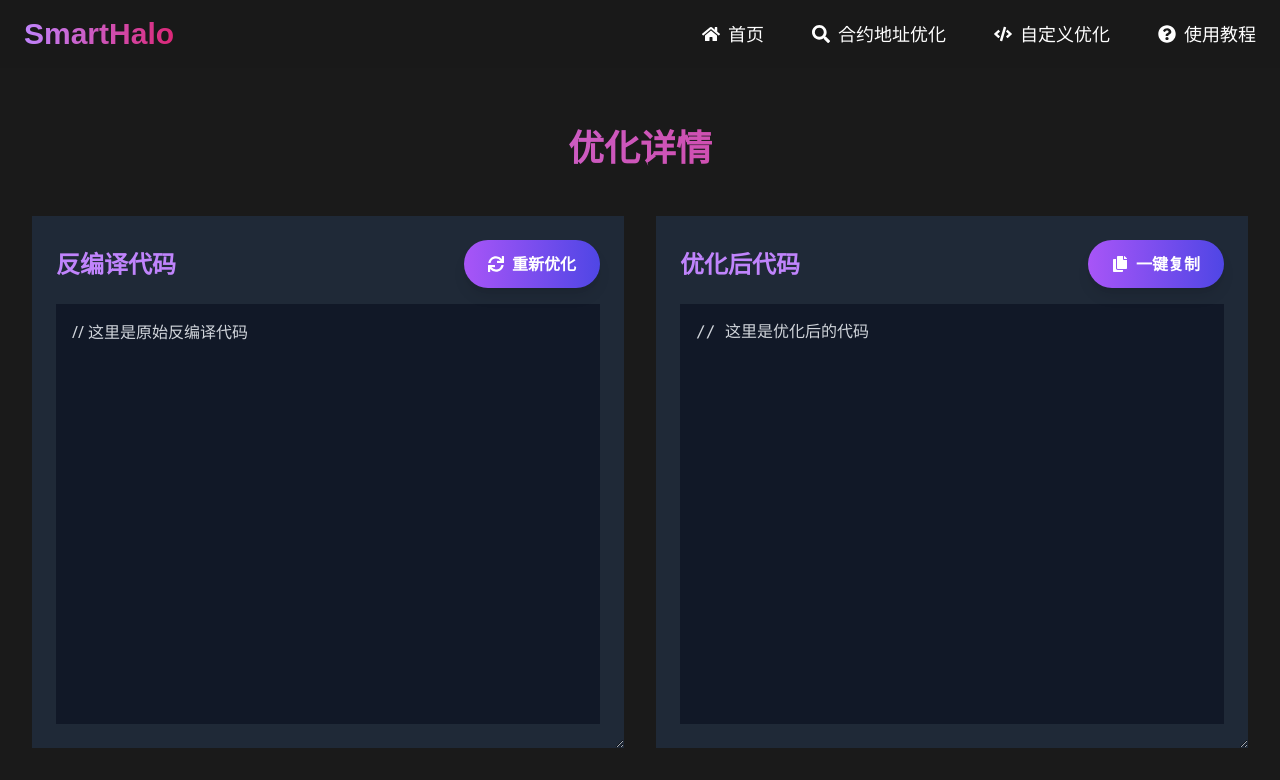
Repository: RunnerQuan/smart-halo
Page: /optimization-details
These files come from the project's save history. The page is drawn as it stood at one moment and after the next save; the edit follows.
The browser window is 1280 px wide. The pictures show the whole page.
The project was rebuilt for these pictures with package versions that can differ from the ones it lists, and the page was loaded fresh each time. The framework's server and built-in components were replaced by stand-ins that run in the browser. Also part of the build but not shown: next.config.mjs.

Above is the page before, as saved 2024-10-18 15:03:45.

### app/optimization-details/page.tsx
"use client";

import { useState, useEffect, useRef } from 'react';
import { motion } from 'framer-motion';
import AnimatedButton from '../../components/ui/animated-button';
import Navbar from '../../components/Navbar';
import { FaCopy, FaSync } from 'react-icons/fa';

export default function OptimizationDetails() {
  const [isCopied, setIsCopied] = useState(false);
  const [originalCode, setOriginalCode] = useState('// 这里是原始反编译代码');
  const [optimizedCode, setOptimizedCode] = useState('// 这里是优化后的代码');
  const leftRef = useRef(null);
  const rightRef = useRef(null);

  useEffect(() => {
    const handleResize = () => {
      if (leftRef.current && rightRef.current) {
        rightRef.current.style.height = leftRef.current.style.height;
      }
    };

    window.addEventListener('resize', handleResize);
    handleResize();

    return () => {
      window.removeEventListener('resize', handleResize);
    };
  }, []);

  const handleCopy = () => {
    navigator.clipboard.writeText(optimizedCode);
    setIsCopied(true);
    setTimeout(() => setIsCopied(false), 2000);
  };

  const handleReoptimize = () => {
    // 这里应该是重新优化的逻辑
    console.log("重新优化");
  };

  return (
    <main className="flex min-h-screen flex-col items-center justify-start p-8 bg-[#1A1A1A] text-white font-sans">
      <Navbar />
      <div className="mt-24 w-full max-w-7xl mx-auto">
        <motion.h1
          className="text-4xl font-bold mb-12 text-center text-transparent bg-clip-text bg-gradient-to-r from-purple-400 to-pink-600"
          initial={{ opacity: 0, y: -50 }}
          animate={{ opacity: 1, y: 0 }}
          transition={{ duration: 0.5 }}
        >
          优化详情
        </motion.h1>

        <div className="w-full flex flex-col md:flex-row space-y-8 md:space-y-0 md:space-x-8">
          <motion.div
            ref={leftRef}
            className="flex-1 bg-gray-800 rounded-lg p-6 relative flex flex-col resize overflow-auto"
            initial={{ opacity: 0, x: -50 }}
            animate={{ opacity: 1, x: 0 }}
            transition={{ duration: 0.5, delay: 0.2 }}
          >
            <div className="flex justify-between items-center mb-4">
              <h2 className="text-2xl font-semibold text-purple-400">反编译代码</h2>
              <AnimatedButton onClick={handleReoptimize} className="flex items-center">
                <FaSync className="mr-2" />
                重新优化
              </AnimatedButton>
            </div>
            <textarea
              className="w-full h-[calc(100vh-300px)] bg-gray-900 text-gray-300 p-4 rounded-lg focus:outline-none focus:ring-2 focus:ring-purple-500 resize-none"
              value={originalCode}
              onChange={(e) => setOriginalCode(e.target.value)}
            ></textarea>
          </motion.div>

          <motion.div
            ref={rightRef}
            className="flex-1 bg-gray-800 rounded-lg p-6 relative flex flex-col resize overflow-auto"
            initial={{ opacity: 0, x: 50 }}
            animate={{ opacity: 1, x: 0 }}
            transition={{ duration: 0.5, delay: 0.4 }}
          >
            <div className="flex justify-between items-center mb-4">
              <h2 className="text-2xl font-semibold text-purple-400">优化后代码</h2>
              <AnimatedButton onClick={handleCopy} className="flex items-center">
                <FaCopy className="mr-2" />
                一键复制
              </AnimatedButton>
            </div>
            <pre className="w-full h-[calc(100vh-300px)] bg-gray-900 text-gray-300 p-4 rounded-lg overflow-auto resize-none">
              {optimizedCode}
            </pre>
          </motion.div>
        </div>

        {isCopied && (
          <motion.div
            className="fixed bottom-8 right-8 bg-green-500 text-white px-4 py-2 rounded-lg shadow-lg"
            initial={{ opacity: 0, y: 50 }}
            animate={{ opacity: 1, y: 0 }}
            exit={{ opacity: 0, y: 50 }}
          >
            优化后代码已复制到剪贴板
          </motion.div>
        )}
      </div>
    </main>
  );
}

### app/globals.css
@import url('https://fonts.googleapis.com/css2?family=Roboto:wght@300;400;500;700&display=swap');

@tailwind base;
@tailwind components;
@tailwind utilities;

:root {
  --foreground-rgb: 255, 255, 255;
  --background-start-rgb: 42, 42, 42;
  --background-end-rgb: 42, 42, 42;
}

body {
  color: rgb(var(--foreground-rgb));
  background: linear-gradient(
      to bottom,
      transparent,
      rgb(var(--background-end-rgb))
    )
    rgb(var(--background-start-rgb));
  font-family: 'Roboto', sans-serif;
}

### components/ui/animated-button.tsx
import React from 'react';

interface AnimatedButtonProps extends React.ButtonHTMLAttributes<HTMLButtonElement> {
  children: React.ReactNode;
}

const AnimatedButton: React.FC<AnimatedButtonProps> = ({ children, className, ...props }) => {
  return (
    <button
      className={`
        px-6 py-3 rounded-full text-white font-semibold
        bg-gradient-to-r from-purple-500 to-indigo-600
        hover:from-purple-600 hover:to-indigo-700
        transform hover:scale-105 transition duration-300 ease-in-out
        focus:outline-none focus:ring-2 focus:ring-purple-500 focus:ring-opacity-50
        shadow-lg hover:shadow-xl
        ${className}
      `}
      {...props}
    >
      {children}
    </button>
  );
};

export default AnimatedButton;

Loaded but not shown: app/layout.tsx (common file); tailwind.config.js (83 lines, source omitted); components/Navbar.tsx (33 lines, source omitted)

After the next save:
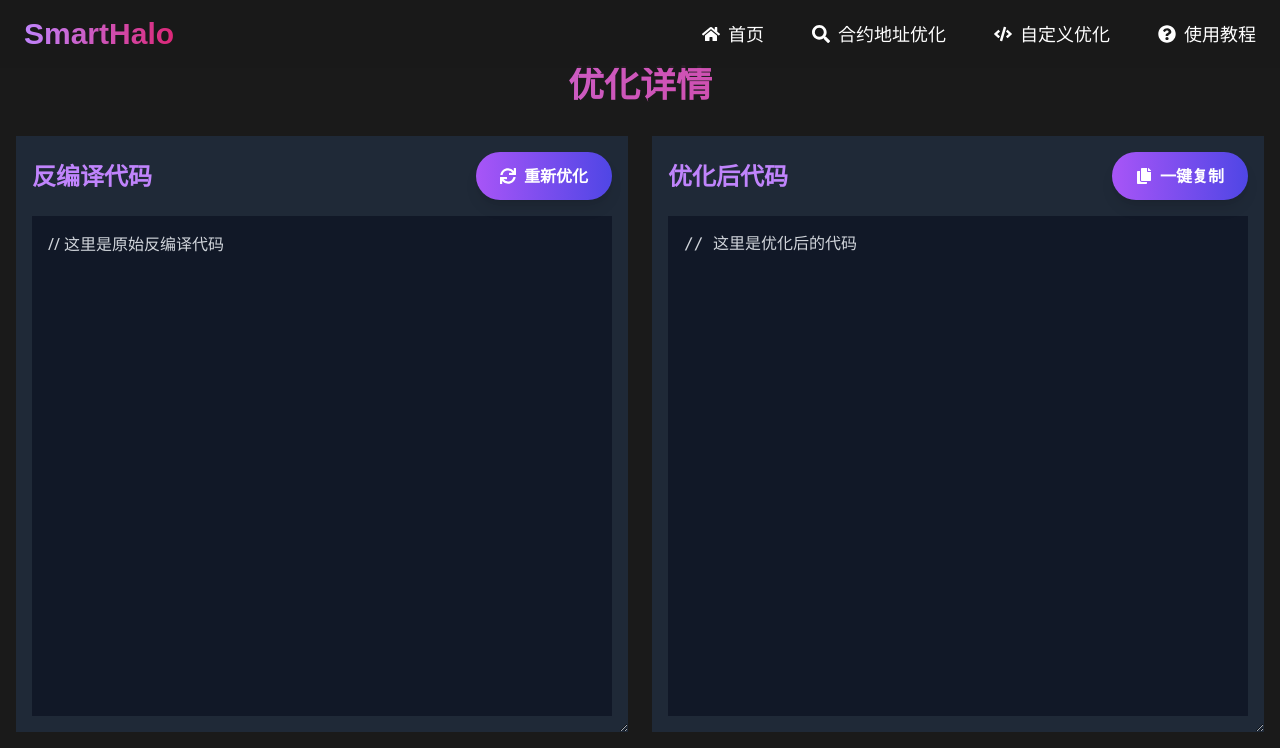
Saved 115 s later.
--- a/app/optimization-details/page.tsx
+++ b/app/optimization-details/page.tsx
@@ -1,3 +1,114 @@
+// "use client";
+
+// import { useState, useEffect, useRef } from 'react';
+// import { motion } from 'framer-motion';
+// import AnimatedButton from '../../components/ui/animated-button';
+// import Navbar from '../../components/Navbar';
+// import { FaCopy, FaSync } from 'react-icons/fa';
+
+// export default function OptimizationDetails() {
+//   const [isCopied, setIsCopied] = useState(false);
+//   const [originalCode, setOriginalCode] = useState('// 这里是原始反编译代码');
+//   const [optimizedCode, setOptimizedCode] = useState('// 这里是优化后的代码');
+//   const leftRef = useRef(null);
+//   const rightRef = useRef(null);
+
+//   useEffect(() => {
+//     const handleResize = () => {
+//       if (leftRef.current && rightRef.current) {
+//         rightRef.current.style.height = leftRef.current.style.height;
+//       }
+//     };
+
+//     window.addEventListener('resize', handleResize);
+//     handleResize();
+
+//     return () => {
+//       window.removeEventListener('resize', handleResize);
+//     };
+//   }, []);
+
+//   const handleCopy = () => {
+//     navigator.clipboard.writeText(optimizedCode);
+//     setIsCopied(true);
+//     setTimeout(() => setIsCopied(false), 2000);
+//   };
+
+//   const handleReoptimize = () => {
+//     // 这里应该是重新优化的逻辑
+//     console.log("重新优化");
+//   };
+
+//   return (
+//     <main className="flex min-h-screen flex-col items-center justify-start p-8 bg-[#1A1A1A] text-white font-sans">
+//       <Navbar />
+//       <div className="mt-24 w-full max-w-7xl mx-auto">
+//         <motion.h1
+//           className="text-4xl font-bold mb-12 text-center text-transparent bg-clip-text bg-gradient-to-r from-purple-400 to-pink-600"
+//           initial={{ opacity: 0, y: -50 }}
+//           animate={{ opacity: 1, y: 0 }}
+//           transition={{ duration: 0.5 }}
+//         >
+//           优化详情
+//         </motion.h1>
+
+//         <div className="w-full flex flex-col md:flex-row space-y-8 md:space-y-0 md:space-x-8">
+//           <motion.div
+//             ref={leftRef}
+//             className="flex-1 bg-gray-800 rounded-lg p-6 relative flex flex-col resize overflow-auto"
+//             initial={{ opacity: 0, x: -50 }}
+//             animate={{ opacity: 1, x: 0 }}
+//             transition={{ duration: 0.5, delay: 0.2 }}
+//           >
+//             <div className="flex justify-between items-center mb-4">
+//               <h2 className="text-2xl font-semibold text-purple-400">反编译代码</h2>
+//               <AnimatedButton onClick={handleReoptimize} className="flex items-center">
+//                 <FaSync className="mr-2" />
+//                 重新优化
+//               </AnimatedButton>
+//             </div>
+//             <textarea
+//               className="w-full h-[calc(100vh-300px)] bg-gray-900 text-gray-300 p-4 rounded-lg focus:outline-none focus:ring-2 focus:ring-purple-500 resize-none"
+//               value={originalCode}
+//               onChange={(e) => setOriginalCode(e.target.value)}
+//             ></textarea>
+//           </motion.div>
+
+//           <motion.div
+//             ref={rightRef}
+//             className="flex-1 bg-gray-800 rounded-lg p-6 relative flex flex-col resize overflow-auto"
+//             initial={{ opacity: 0, x: 50 }}
+//             animate={{ opacity: 1, x: 0 }}
+//             transition={{ duration: 0.5, delay: 0.4 }}
+//           >
+//             <div className="flex justify-between items-center mb-4">
+//               <h2 className="text-2xl font-semibold text-purple-400">优化后代码</h2>
+//               <AnimatedButton onClick={handleCopy} className="flex items-center">
+//                 <FaCopy className="mr-2" />
+//                 一键复制
+//               </AnimatedButton>
+//             </div>
+//             <pre className="w-full h-[calc(100vh-300px)] bg-gray-900 text-gray-300 p-4 rounded-lg overflow-auto resize-none">
+//               {optimizedCode}
+//             </pre>
+//           </motion.div>
+//         </div>
+
+//         {isCopied && (
+//           <motion.div
+//             className="fixed bottom-8 right-8 bg-green-500 text-white px-4 py-2 rounded-lg shadow-lg"
+//             initial={{ opacity: 0, y: 50 }}
+//             animate={{ opacity: 1, y: 0 }}
+//             exit={{ opacity: 0, y: 50 }}
+//           >
+//             优化后代码已复制到剪贴板
+//           </motion.div>
+//         )}
+//       </div>
+//     </main>
+//   );
+// }
+
 "use client";
 
 import { useState, useEffect, useRef } from 'react';
@@ -40,11 +151,11 @@
   };
 
   return (
-    <main className="flex min-h-screen flex-col items-center justify-start p-8 bg-[#1A1A1A] text-white font-sans">
+    <main className="flex min-h-screen flex-col items-center justify-start p-4 bg-[#1A1A1A] text-white font-sans">
       <Navbar />
-      <div className="mt-24 w-full max-w-7xl mx-auto">
+      <div className="mt-12 w-full max-w-7xl mx-auto">
         <motion.h1
-          className="text-4xl font-bold mb-12 text-center text-transparent bg-clip-text bg-gradient-to-r from-purple-400 to-pink-600"
+          className="text-4xl font-bold mb-8 text-center text-transparent bg-clip-text bg-gradient-to-r from-purple-400 to-pink-600"
           initial={{ opacity: 0, y: -50 }}
           animate={{ opacity: 1, y: 0 }}
           transition={{ duration: 0.5 }}
@@ -52,10 +163,10 @@
           优化详情
         </motion.h1>
 
-        <div className="w-full flex flex-col md:flex-row space-y-8 md:space-y-0 md:space-x-8">
+        <div className="w-full flex flex-col md:flex-row space-y-6 md:space-y-0 md:space-x-6">
           <motion.div
             ref={leftRef}
-            className="flex-1 bg-gray-800 rounded-lg p-6 relative flex flex-col resize overflow-auto"
+            className="flex-1 bg-gray-800 rounded-lg p-4 relative flex flex-col resize overflow-auto"
             initial={{ opacity: 0, x: -50 }}
             animate={{ opacity: 1, x: 0 }}
             transition={{ duration: 0.5, delay: 0.2 }}
@@ -68,7 +179,7 @@
               </AnimatedButton>
             </div>
             <textarea
-              className="w-full h-[calc(100vh-300px)] bg-gray-900 text-gray-300 p-4 rounded-lg focus:outline-none focus:ring-2 focus:ring-purple-500 resize-none"
+              className="w-full h-[calc(100vh-220px)] bg-gray-900 text-gray-300 p-4 rounded-lg focus:outline-none focus:ring-2 focus:ring-purple-500 resize-none"
               value={originalCode}
               onChange={(e) => setOriginalCode(e.target.value)}
             ></textarea>
@@ -76,7 +187,7 @@
 
           <motion.div
             ref={rightRef}
-            className="flex-1 bg-gray-800 rounded-lg p-6 relative flex flex-col resize overflow-auto"
+            className="flex-1 bg-gray-800 rounded-lg p-4 relative flex flex-col resize overflow-auto"
             initial={{ opacity: 0, x: 50 }}
             animate={{ opacity: 1, x: 0 }}
             transition={{ duration: 0.5, delay: 0.4 }}
@@ -88,7 +199,7 @@
                 一键复制
               </AnimatedButton>
             </div>
-            <pre className="w-full h-[calc(100vh-300px)] bg-gray-900 text-gray-300 p-4 rounded-lg overflow-auto resize-none">
+            <pre className="w-full h-[calc(100vh-220px)] bg-gray-900 text-gray-300 p-4 rounded-lg overflow-auto resize-none">
               {optimizedCode}
             </pre>
           </motion.div>

After the save that followed:
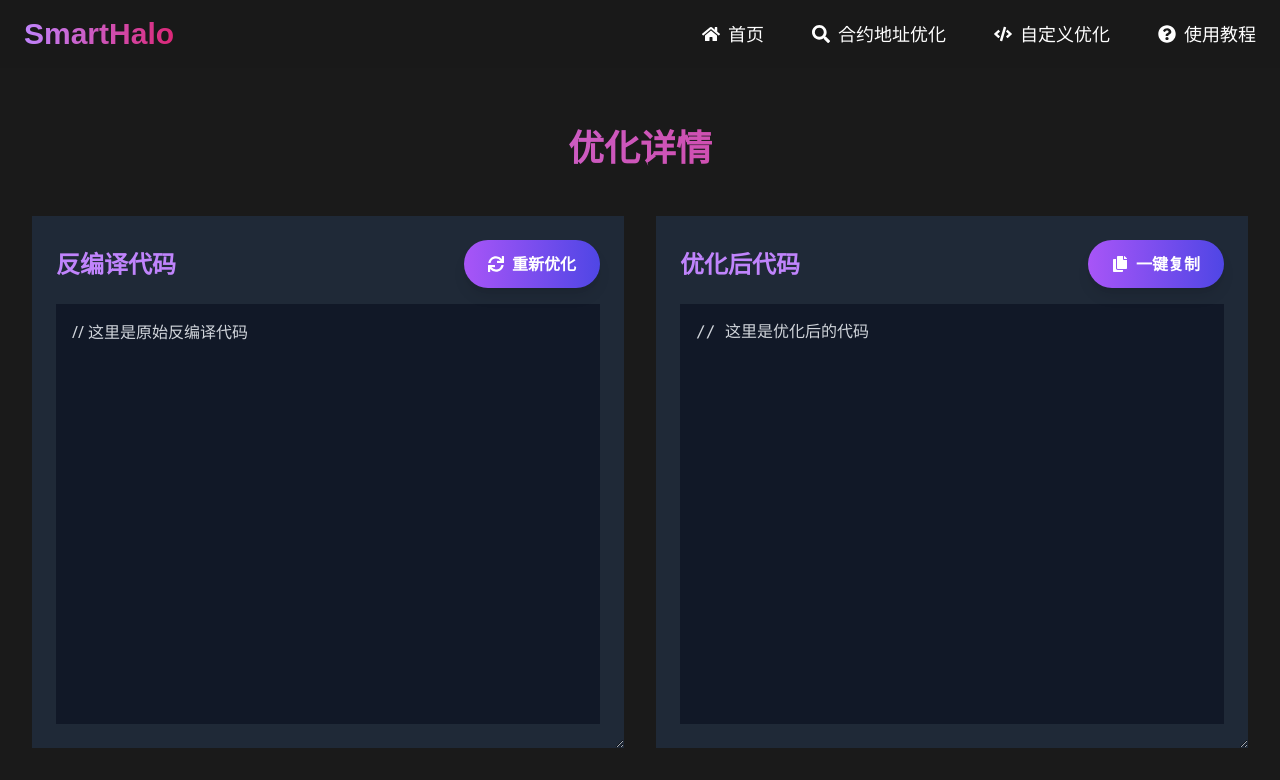
Saved 27 s later.
--- a/app/optimization-details/page.tsx
+++ b/app/optimization-details/page.tsx
@@ -1,114 +1,3 @@
-// "use client";
-
-// import { useState, useEffect, useRef } from 'react';
-// import { motion } from 'framer-motion';
-// import AnimatedButton from '../../components/ui/animated-button';
-// import Navbar from '../../components/Navbar';
-// import { FaCopy, FaSync } from 'react-icons/fa';
-
-// export default function OptimizationDetails() {
-//   const [isCopied, setIsCopied] = useState(false);
-//   const [originalCode, setOriginalCode] = useState('// 这里是原始反编译代码');
-//   const [optimizedCode, setOptimizedCode] = useState('// 这里是优化后的代码');
-//   const leftRef = useRef(null);
-//   const rightRef = useRef(null);
-
-//   useEffect(() => {
-//     const handleResize = () => {
-//       if (leftRef.current && rightRef.current) {
-//         rightRef.current.style.height = leftRef.current.style.height;
-//       }
-//     };
-
-//     window.addEventListener('resize', handleResize);
-//     handleResize();
-
-//     return () => {
-//       window.removeEventListener('resize', handleResize);
-//     };
-//   }, []);
-
-//   const handleCopy = () => {
-//     navigator.clipboard.writeText(optimizedCode);
-//     setIsCopied(true);
-//     setTimeout(() => setIsCopied(false), 2000);
-//   };
-
-//   const handleReoptimize = () => {
-//     // 这里应该是重新优化的逻辑
-//     console.log("重新优化");
-//   };
-
-//   return (
-//     <main className="flex min-h-screen flex-col items-center justify-start p-8 bg-[#1A1A1A] text-white font-sans">
-//       <Navbar />
-//       <div className="mt-24 w-full max-w-7xl mx-auto">
-//         <motion.h1
-//           className="text-4xl font-bold mb-12 text-center text-transparent bg-clip-text bg-gradient-to-r from-purple-400 to-pink-600"
-//           initial={{ opacity: 0, y: -50 }}
-//           animate={{ opacity: 1, y: 0 }}
-//           transition={{ duration: 0.5 }}
-//         >
-//           优化详情
-//         </motion.h1>
-
-//         <div className="w-full flex flex-col md:flex-row space-y-8 md:space-y-0 md:space-x-8">
-//           <motion.div
-//             ref={leftRef}
-//             className="flex-1 bg-gray-800 rounded-lg p-6 relative flex flex-col resize overflow-auto"
-//             initial={{ opacity: 0, x: -50 }}
-//             animate={{ opacity: 1, x: 0 }}
-//             transition={{ duration: 0.5, delay: 0.2 }}
-//           >
-//             <div className="flex justify-between items-center mb-4">
-//               <h2 className="text-2xl font-semibold text-purple-400">反编译代码</h2>
-//               <AnimatedButton onClick={handleReoptimize} className="flex items-center">
-//                 <FaSync className="mr-2" />
-//                 重新优化
-//               </AnimatedButton>
-//             </div>
-//             <textarea
-//               className="w-full h-[calc(100vh-300px)] bg-gray-900 text-gray-300 p-4 rounded-lg focus:outline-none focus:ring-2 focus:ring-purple-500 resize-none"
-//               value={originalCode}
-//               onChange={(e) => setOriginalCode(e.target.value)}
-//             ></textarea>
-//           </motion.div>
-
-//           <motion.div
-//             ref={rightRef}
-//             className="flex-1 bg-gray-800 rounded-lg p-6 relative flex flex-col resize overflow-auto"
-//             initial={{ opacity: 0, x: 50 }}
-//             animate={{ opacity: 1, x: 0 }}
-//             transition={{ duration: 0.5, delay: 0.4 }}
-//           >
-//             <div className="flex justify-between items-center mb-4">
-//               <h2 className="text-2xl font-semibold text-purple-400">优化后代码</h2>
-//               <AnimatedButton onClick={handleCopy} className="flex items-center">
-//                 <FaCopy className="mr-2" />
-//                 一键复制
-//               </AnimatedButton>
-//             </div>
-//             <pre className="w-full h-[calc(100vh-300px)] bg-gray-900 text-gray-300 p-4 rounded-lg overflow-auto resize-none">
-//               {optimizedCode}
-//             </pre>
-//           </motion.div>
-//         </div>
-
-//         {isCopied && (
-//           <motion.div
-//             className="fixed bottom-8 right-8 bg-green-500 text-white px-4 py-2 rounded-lg shadow-lg"
-//             initial={{ opacity: 0, y: 50 }}
-//             animate={{ opacity: 1, y: 0 }}
-//             exit={{ opacity: 0, y: 50 }}
-//           >
-//             优化后代码已复制到剪贴板
-//           </motion.div>
-//         )}
-//       </div>
-//     </main>
-//   );
-// }
-
 "use client";
 
 import { useState, useEffect, useRef } from 'react';
@@ -151,11 +40,11 @@
   };
 
   return (
-    <main className="flex min-h-screen flex-col items-center justify-start p-4 bg-[#1A1A1A] text-white font-sans">
+    <main className="flex min-h-screen flex-col items-center justify-start p-8 bg-[#1A1A1A] text-white font-sans">
       <Navbar />
-      <div className="mt-12 w-full max-w-7xl mx-auto">
+      <div className="mt-24 w-full max-w-7xl mx-auto">
         <motion.h1
-          className="text-4xl font-bold mb-8 text-center text-transparent bg-clip-text bg-gradient-to-r from-purple-400 to-pink-600"
+          className="text-4xl font-bold mb-12 text-center text-transparent bg-clip-text bg-gradient-to-r from-purple-400 to-pink-600"
           initial={{ opacity: 0, y: -50 }}
           animate={{ opacity: 1, y: 0 }}
           transition={{ duration: 0.5 }}
@@ -163,10 +52,10 @@
           优化详情
         </motion.h1>
 
-        <div className="w-full flex flex-col md:flex-row space-y-6 md:space-y-0 md:space-x-6">
+        <div className="w-full flex flex-col md:flex-row space-y-8 md:space-y-0 md:space-x-8">
           <motion.div
             ref={leftRef}
-            className="flex-1 bg-gray-800 rounded-lg p-4 relative flex flex-col resize overflow-auto"
+            className="flex-1 bg-gray-800 rounded-lg p-6 relative flex flex-col resize overflow-auto"
             initial={{ opacity: 0, x: -50 }}
             animate={{ opacity: 1, x: 0 }}
             transition={{ duration: 0.5, delay: 0.2 }}
@@ -179,7 +68,7 @@
               </AnimatedButton>
             </div>
             <textarea
-              className="w-full h-[calc(100vh-220px)] bg-gray-900 text-gray-300 p-4 rounded-lg focus:outline-none focus:ring-2 focus:ring-purple-500 resize-none"
+              className="w-full h-[calc(100vh-300px)] bg-gray-900 text-gray-300 p-4 rounded-lg focus:outline-none focus:ring-2 focus:ring-purple-500 resize-none"
               value={originalCode}
               onChange={(e) => setOriginalCode(e.target.value)}
             ></textarea>
@@ -187,7 +76,7 @@
 
           <motion.div
             ref={rightRef}
-            className="flex-1 bg-gray-800 rounded-lg p-4 relative flex flex-col resize overflow-auto"
+            className="flex-1 bg-gray-800 rounded-lg p-6 relative flex flex-col resize overflow-auto"
             initial={{ opacity: 0, x: 50 }}
             animate={{ opacity: 1, x: 0 }}
             transition={{ duration: 0.5, delay: 0.4 }}
@@ -199,7 +88,7 @@
                 一键复制
               </AnimatedButton>
             </div>
-            <pre className="w-full h-[calc(100vh-220px)] bg-gray-900 text-gray-300 p-4 rounded-lg overflow-auto resize-none">
+            <pre className="w-full h-[calc(100vh-300px)] bg-gray-900 text-gray-300 p-4 rounded-lg overflow-auto resize-none">
               {optimizedCode}
             </pre>
           </motion.div>
